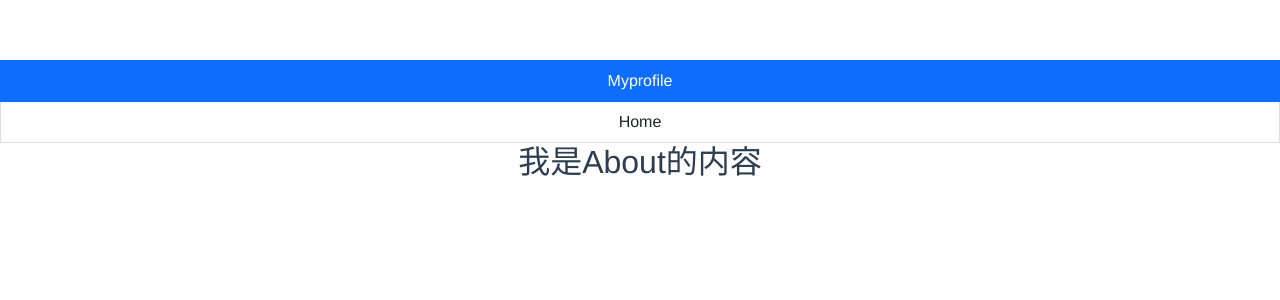
Repository: Shanshan67/todolist
Page: /#/profile
The author's editor kept a copy of each file at every save. The page is drawn from the files as they stood at one save, then again after the next save.
The browser window is 1280 px wide. The pictures show the whole page.
The project was rebuilt for these pictures with package versions that can differ from the ones it lists, and the page was loaded fresh each time. Also part of the build but not shown: src/components/HelloWorld.vue. Imported but missing from the stored project, and not drawn on this page: src/components/Home.

Above is the page before, as saved 2022-07-15 14:40:50.

After the next save:
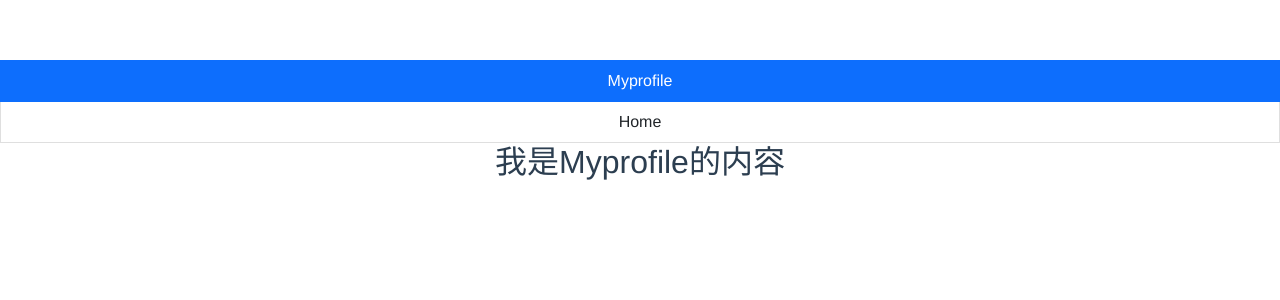
Saved 44 s later.
--- a/src/components/Myprofile.vue
+++ b/src/components/Myprofile.vue
@@ -1,9 +1,9 @@
 <template>
-	<h2>我是About的内容</h2>
+	<h2>我是Myprofile的内容</h2>
 </template>
 
 <script>
 	export default {
-		name:'About'
+		name:'Myprofile'
 	}
 </script>
